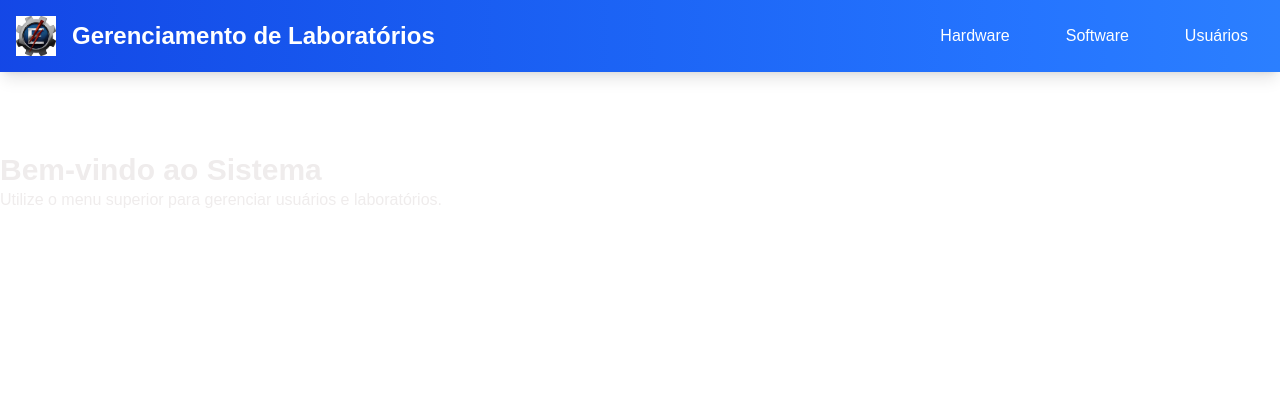
Repository: fabianosevla/gestao-labs
Page: / (app in lab-management-system/)
These files come from the project's save history. The page is drawn as it stood at one moment and after the next save; the edit follows.
The browser window is 1280 px wide. The pictures show the whole page.
The project was rebuilt for these pictures with package versions that can differ from the ones it lists, and the page was loaded fresh each time. The framework's server and built-in components were replaced by stand-ins that run in the browser. Also part of the build but not shown: lab-management-system/next.config.mjs.

Above is the page before, as saved 2025-05-06 00:27:30.

After the next save:
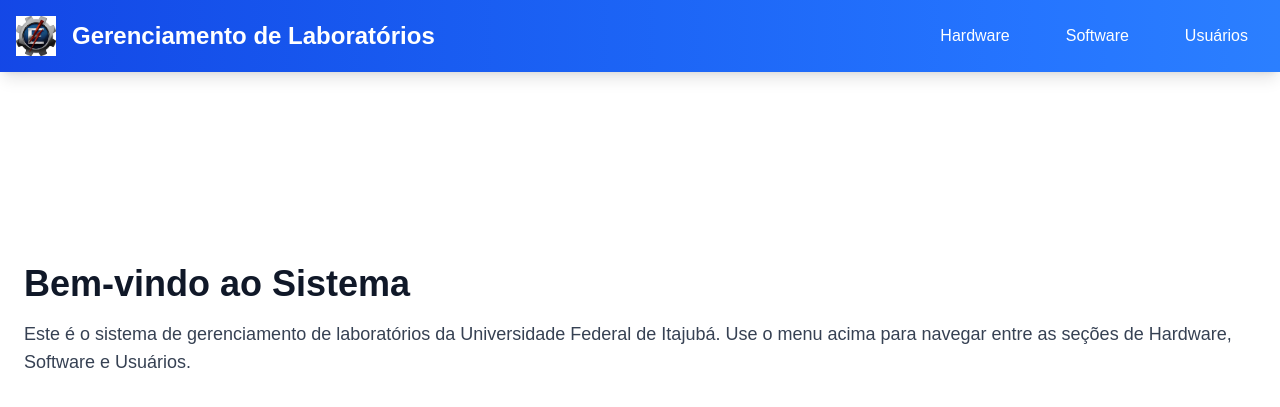
Saved 17 h 46 min later.
--- a/lab-management-system/app/page.js
+++ b/lab-management-system/app/page.js
@@ -1,8 +1,13 @@
+"use client";
+
 export default function Home() {
   return (
-    <div>
-      <h1 className="text-3xl font-bold">Bem-vindo ao Sistema</h1>
-      <p>Utilize o menu superior para gerenciar usuários e laboratórios.</p>
+    <div className="p-6 pt-28">
+      <h1 className="text-4xl font-bold text-gray-900 mb-4">Bem-vindo ao Sistema</h1>
+      <p className="text-gray-700 text-lg">
+        Este é o sistema de gerenciamento de laboratórios da Universidade Federal de Itajubá.
+        Use o menu acima para navegar entre as seções de Hardware, Software e Usuários.
+      </p>
     </div>
   );
 }
